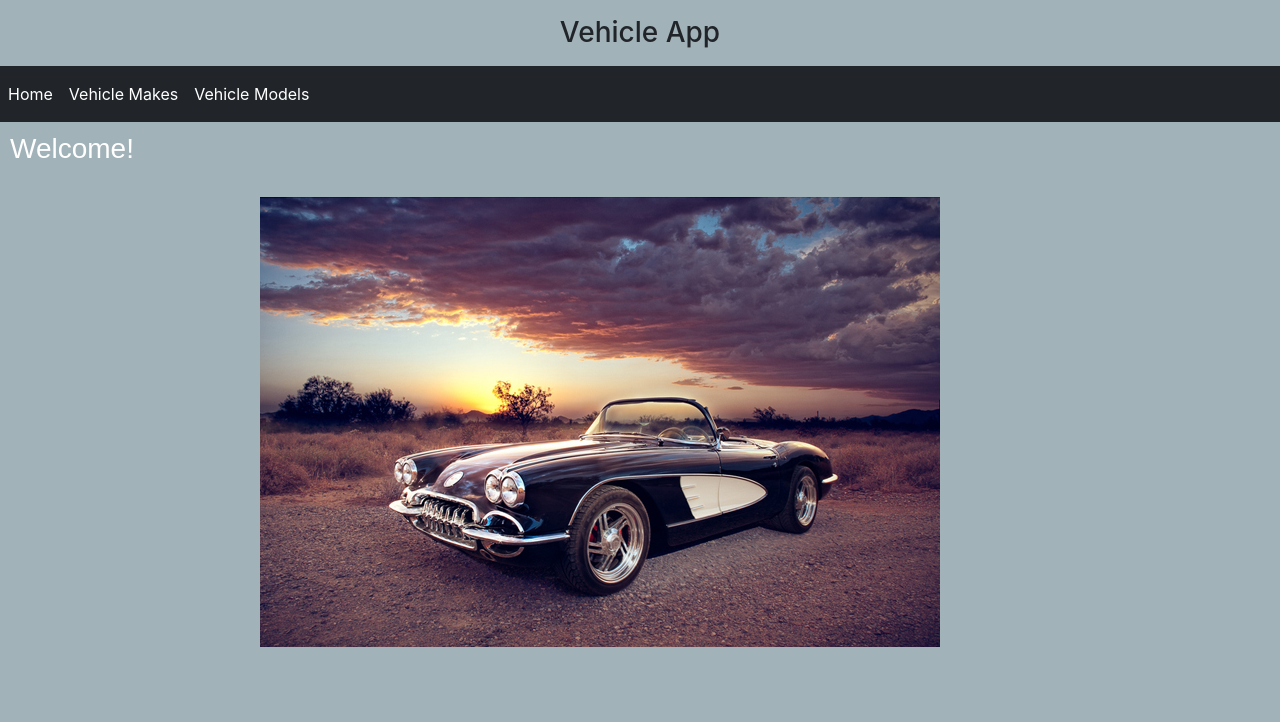
Repository: magdalenarajic/VehicleFrontend
Page: /
An editor plug-in stored every save of this project. The page is shown before and after the next save, followed by the edit.
The browser window is 1280 px wide. The pictures show the whole page.
The project was rebuilt for these pictures with package versions that can differ from the ones it lists, and the page was loaded fresh each time. Also part of the build but not shown: src/App.css, src/services/makeService.js, src/stores/makeStore.js, src/components/VehicleMake.js, src/services/modelService.js, src/stores/modelStore.js, src/components/VehicleModel.js.

Above is the page before, as saved 2023-03-10 12:11:05.

### public/index.html
<!DOCTYPE html>
<html lang="en">
  <head>
    <meta charset="utf-8" />
    <link rel="icon" href="%PUBLIC_URL%/favicon.ico" />
    <meta name="viewport" content="width=device-width, initial-scale=1" />
    <meta name="theme-color" content="#000000" />
    <meta
      name="description"
      content="Web site created using create-react-app"
    />
    <link rel="apple-touch-icon" href="%PUBLIC_URL%/logo192.png" />
    <!--
      manifest.json provides metadata used when your web app is installed on a
      user's mobile device or desktop. See https://developers.google.com/web/fundamentals/web-app-manifest/
    -->
    <link rel="manifest" href="%PUBLIC_URL%/manifest.json" />
    <!--
      Notice the use of %PUBLIC_URL% in the tags above.
      It will be replaced with the URL of the `public` folder during the build.
      Only files inside the `public` folder can be referenced from the HTML.

      Unlike "/favicon.ico" or "favicon.ico", "%PUBLIC_URL%/favicon.ico" will
      work correctly both with client-side routing and a non-root public URL.
      Learn how to configure a non-root public URL by running `npm run build`.
    -->
    <link
  rel="stylesheet"
  href="https://cdn.jsdelivr.net/npm/bootstrap@5.2.3/dist/css/bootstrap.min.css"
  integrity="sha384-rbsA2VBKQhggwzxH7pPCaAqO46MgnOM80zW1RWuH61DGLwZJEdK2Kadq2F9CUG65"
  crossorigin="anonymous"
/>
    <title>React App</title>
  </head>
  <body>
    <noscript>You need to enable JavaScript to run this app.</noscript>
    <div id="root"></div>
    <!--
      This HTML file is a template.
      If you open it directly in the browser, you will see an empty page.

      You can add webfonts, meta tags, or analytics to this file.
      The build step will place the bundled scripts into the <body> tag.

      To begin the development, run `npm start` or `yarn start`.
      To create a production bundle, use `npm run build` or `yarn build`.
    -->
  </body>
</html>

### src/index.css
body {
  background-color: rgb(161, 178, 184);
  font-family: -apple-system, BlinkMacSystemFont, 'Segoe UI', 'Roboto', 'Oxygen',
    'Ubuntu', 'Cantarell', 'Fira Sans', 'Droid Sans', 'Helvetica Neue',
    sans-serif;
}

code {
  font-family: source-code-pro, Menlo, Monaco, Consolas, 'Courier New',
    monospace;
}

### src/App.js
import './App.css';
import { Home } from './components/Home';
import VehicleMake  from './components/VehicleMake';
import {Navigation} from './components/Navigation';
import VehicleModel from './components/VehicleModel';

import {BrowserRouter, Route, Routes} from 'react-router-dom';

function App() {
  return (
    <BrowserRouter>
    <div >
    <header>
      <h3 className="m-3 d-flex justify-content-center">
        Vehicle App
      </h3>
      </header>
      <div>
      <Navigation/>
       <Routes>
        <Route path='/' element={<Home/>} />
        <Route path='/Makes' element={<VehicleMake/>} />
        <Route path='/Models' element={<VehicleModel/>} />
       </Routes>
    </div>
    </div>
    </BrowserRouter>
  );
}

export default App;

### src/components/Home.js
import React, {Component} from 'react';
import image from '../img/photo4.jpg';
import { Container } from 'react-bootstrap';

export class Home extends Component{

    render(){
      const mystyle = {
        color: "white",
        padding: "10px",
        fontFamily: "Arial"
      };
          return(
            <div style={{ backgroundImage:`url(${image})` ,
             backgroundRepeat:"no-repeat",
             backgroundPosition: "center",
            height:600,width:1200}}>
                <h3 style={mystyle}>
        Welcome!
      </h3>
            </div>
          )
    }
}

### src/components/Navigation.js
import React, { Component } from "react";
import { Navbar, Nav } from "react-bootstrap";

export class Navigation extends Component {
  render() {
    return (
      <Navbar bg="dark" variant="dark">
        <Nav variant="pills">
          <Nav.Link className="d-inline p-2 text-white " href="/">
            Home
          </Nav.Link>
          <Nav.Link className="d-inline p-2 text-white" href="/makes">
            Vehicle Makes
          </Nav.Link>
          <Nav.Link className="d-inline p-2 text-white" href="/models">
            Vehicle Models
          </Nav.Link>
        </Nav>
      </Navbar>
    );
  }
}

Loaded but not shown: src/index.js (common file); src/reportWebVitals.js (common file)

After the next save:
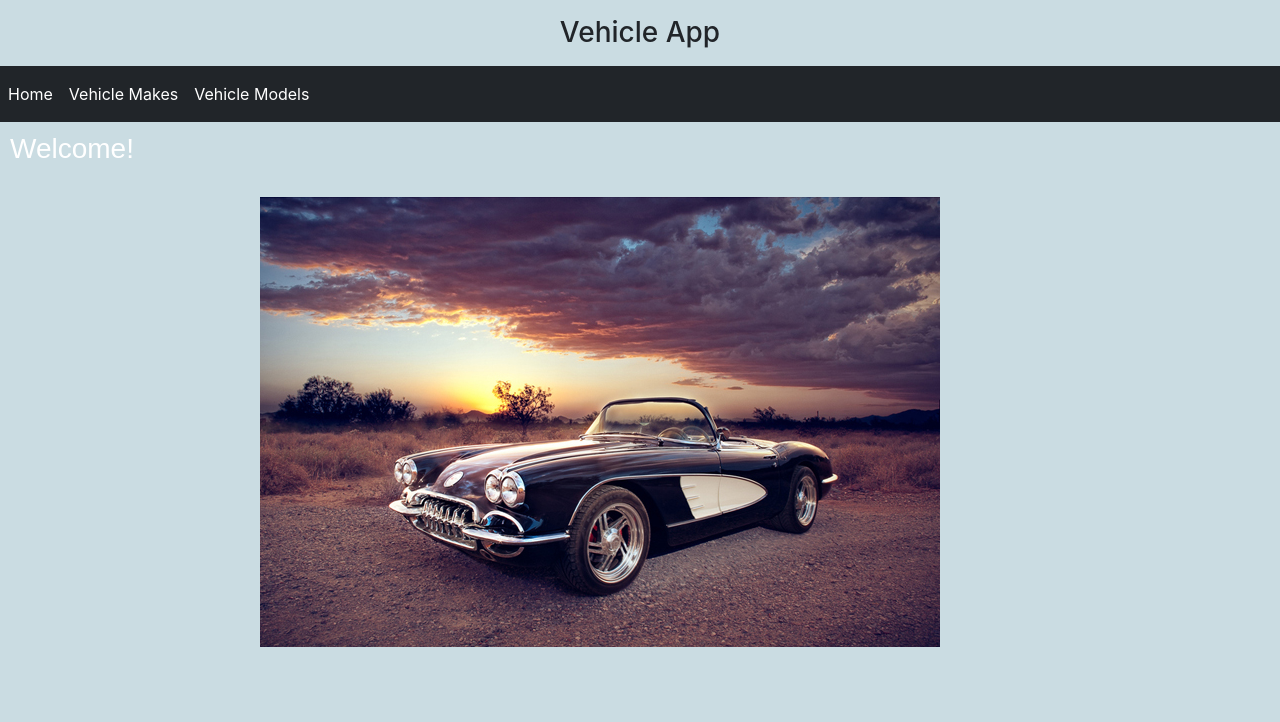
Saved 11 s later.
--- a/src/index.css
+++ b/src/index.css
@@ -1,5 +1,5 @@
 body {
-  background-color: rgb(161, 178, 184);
+  background-color: rgb(202, 220, 226);
   font-family: -apple-system, BlinkMacSystemFont, 'Segoe UI', 'Roboto', 'Oxygen',
     'Ubuntu', 'Cantarell', 'Fira Sans', 'Droid Sans', 'Helvetica Neue',
     sans-serif;
